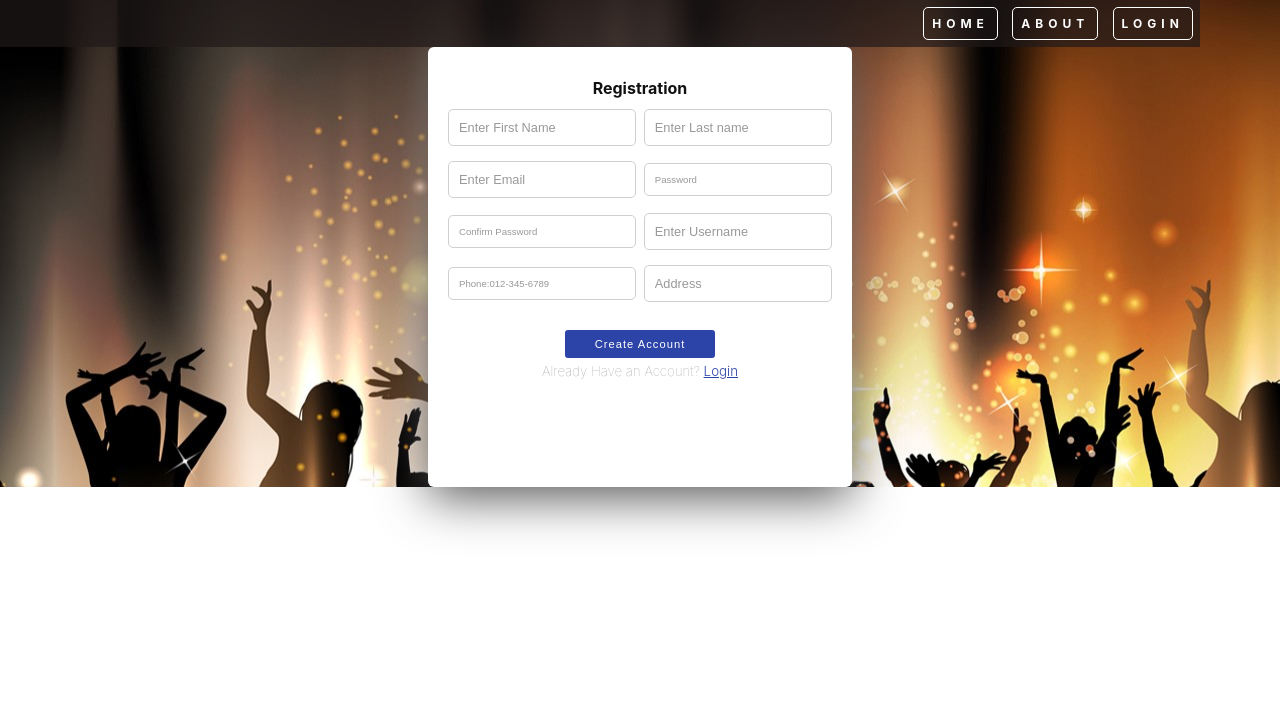
Repository: Fortune-Labs/Event-management-system-CapstoneG3
Page: /register (app in frontend/)
The author's editor kept a copy of each file at every save. The page is drawn from the files as they stood at one save, then again after the next save.
The browser window is 1280 px wide. The pictures show the whole page.
The project was rebuilt for these pictures with package versions that can differ from the ones it lists, and the page was loaded fresh each time. Also part of the build but not shown: frontend/src/components/LoginSignup/errorMessages.js, frontend/src/components/LoginSignup/login.jsx, frontend/src/components/LoginSignup/verificationCode.jsx, frontend/src/components/LoginSignup/passwordReset.jsx, frontend/src/components/Home/home.jsx, frontend/src/components/Events/initial.jsx.

Above is the page before, as saved 2020-09-22 14:35:44.

### frontend/src/App.js
import React from "react";
// import "./App.css";
import Register from "./components/LoginSignup/register";
import Login from "./components/LoginSignup/login";
import PasswordReset from "./components/LoginSignup/passwordReset";
import { BrowserRouter, Switch, Route } from "react-router-dom";
import Home from "./components/Home/home";
import Initial from "./components/Events/initial";
// import user from "./components/Dashboard/user";

function App() {
  return (
    <div className="App">
      <BrowserRouter>
        <Switch>
          <Route exact path="/" name="Home" component={Home} />
          <Route exact path="/login" name="Login Page" component={Login} />
          <Route exact path="/passwordReset" component={PasswordReset} />
          <Route
            exact
            path="/register"
            name="Register Page"
            component={Register}
          />
          <Route exact path="/initial" component={Initial} />
        </Switch>
      </BrowserRouter>
    </div>
  );
}
export default App;

### frontend/src/components/LoginSignup/register.jsx
import React, { useRef, Component } from "react";
import { useForm } from "react-hook-form";
import "./style.css";
import ErrorMessage from "./errorMessages";
import { Link, useHistory } from "react-router-dom";

//Regular expression that holds email validation of form example@thismail.com
const emailRegex = RegExp(
  /^[a-zA-Z0-9.!#$%&’*+/=?^_`{|}~-]+@[a-zA-Z0-9-]+(?:\.[a-zA-Z0-9-]+)*$/
);
//Regular expression that holds phone number validation of form (000-000-0000)
const phoneRegex = RegExp(/^\(?([0-9]{3})\)?[-. ]?([0-9]{3})[-. ]?([0-9]{4})$/);

const UseFormFuction = () => {
  const { register, handleSubmit, errors, watch } = useForm();
  const password = useRef({});
  password.current = watch("password", "");
  const history = useHistory();

  const onSubmit = (formData) => {
    console.log(formData);

    let url = "http://127.0.0.1:8000/api/register/";
    fetch(url, {
      method: "POST",
      headers: {
        "Content-type": "application/json",
      },
      body: JSON.stringify(formData),
    })
      .then((response) => response.json())
      .then((data) => {
        console.log("Registered Sucessfully", data);
        history.push("/initial");
      })
      .catch((error) => {
        console.error("Error:", error);
      });
  };

  return (
    <div className="wrapper">
      <div className="header-bar">
        {/*   <div className="logo">
            <a>
              <img src="../Images/eventlogo.jpg" alt="#" />
              CapstoneG3
            </a>
          </div> */}
        <Link to="home">Home</Link>
        <Link to="about">About</Link>
        <Link to="Login">Login</Link>
      </div>
      <div className="form-wrapper">
        <form onSubmit={handleSubmit(onSubmit)} className="register-form">
          <h1 className="register-header">Registration</h1>
          <div className="firstName">
            <input
              type="text"
              name="first_name"
              ref={register({ required: true, minLength: 3 })}
              placeholder="Enter First Name"
            />
            <ErrorMessage error={errors.firstName} />
          </div>
          <div className="lastName">
            <input
              type="text"
              name="last_name"
              ref={register({ required: true, minLength: 3 })}
              placeholder="Enter Last name"
            />
            <ErrorMessage error={errors.lastName} />
          </div>
          <div className="email">
            <input
              type="text"
              name="email"
              ref={register({
                required: true,
                pattern: {
                  value: emailRegex,
                  message: "invalid email address",
                },
              })}
              placeholder="Enter Email"
            />
            <ErrorMessage error={errors.email} />
          </div>
          <div className="password">
            <input
              type="password"
              name="password"
              placeholder="Password"
              ref={register({ required: true, maxLength: 8 })}
            />
            <ErrorMessage error={errors.password} />
          </div>
          <div className="cpassword">
            <input
              type="password"
              name="confirm_password"
              ref={register({
                required: true,
                validate: (value) =>
                  value === password.current || "Passwords do not match.",
              })}
              placeholder="Confirm Password"
            />
            <ErrorMessage error={errors.confirm_password} />
          </div>
          <div className="username">
            <input
              type="text"
              name="username"
              ref={register({ required: true, minLength: 3 })}
              placeholder="Enter Username"
            />
            <ErrorMessage error={errors.username} />
          </div>

          <div className="phone">
            <input
              type="tel"
              name="phone"
              placeholder="Phone:012-345-6789"
              ref={register({
                required: true,
                pattern: {
                  value: phoneRegex,
                  message: "invalid phone",
                },
              })}
            />
            <ErrorMessage error={errors.phone} />
          </div>
          <div className="address">
            <input
              type="text"
              name="address"
              ref={register({ required: true, maxLength: 20 })}
              placeholder="Address"
            />
            <ErrorMessage error={errors.address} />
          </div>

          <div className="register action-counter">
            <button type="submit" className="btn1">
              Create Account
            </button>
            <small>
              Already Have an Account? <Link to="Login">Login</Link>
            </small>
          </div>
        </form>
      </div>
    </div>
  );
};
//Components register
class Register extends Component {
  render() {
    return (
      <div>
        <UseFormFuction />
      </div>
    );
  }
}

export default Register;

### frontend/src/components/LoginSignup/style.css
.wrapper {
  height: 100%;
  width: 100%;
  background-image: url("../Images/login-background.jpg");
  display: flex;
  flex-direction: column;
  justify-content: center;
  align-items: center;
  background-color: #f2f2f2;
  margin: 0;
  top: 0;
}

.header-bar {
  width: 100%;
  height: 13%;
  /* border-bottom: 5px solid red; */
  background-color: rgba(32, 25, 25, 0.7);
  color: #fff;
  z-index: 90;
  right: 10em;
  margin-right: 10rem;
  display: -webkit-box;
  display: -moz-box;
  display: -ms-flexbox;
  display: -webkit-flex;
  flex-grow: 0;
  align-items: center;
  justify-content: flex-end;
}

.header-bar a {
  color: #fff;
  font-size: 5px;
  font-weight: lighter;
  letter-spacing: 5px;
  margin: 0.6em;
  text-align: center;
  font-size: 12px;
  text-transform: uppercase;
  font-weight: bold;
  border: 1px solid #fff;
  border-radius: 5px;
  text-decoration: none;
  padding: 8px;
  transition: all ease 0.7s;
}

.header-bar a:hover {
  background-color: rgb(53, 53, 48);
}

.form-wrapper {
  min-height: 25rem;
  width: 30%;
  display: flex;
  flex-direction: column;
  padding: 20px;
  border-radius: 6px;
  box-shadow: 0px 10px 50px #555;
  background-color: #ffffff;
}

.register-header {
  text-align: center;
  width: 100%;
  color: #111;
  font-size: 16px;
  font-weight: bold;
  font-family: -apple-system, BlinkMacSystemFont, "Segoe UI", Roboto, Oxygen,
    Ubuntu, Cantarell, "Open Sans", "Helvetica Neue", sans-serif;
}

.register-form {
  width: 100%;
  display: flex;
  flex-wrap: wrap;
  align-items: center;
  justify-content: center;
}

label {
  font-size: 16px;
  margin-bottom: 0.09em;
  color: #222;
  font-weight: 12px;
  text-align: left;
}

input[type="text"],
select {
  padding: 10px 10px;
  border-radius: 5px;
  outline: none;
  border: 1px solid #cfcfcf;
  font-size: 0.8em;
}
input[type="password"] {
  padding: 10px 10px;
  border-radius: 5px;
  outline: none;
  border: 1px solid #cfcfcf;
  font-size: 0.6em;
}

input[type="tel"] {
  padding: 10px 10px;
  border-radius: 5px;
  outline: none;
  border: 1px solid #cfcfcf;
  font-size: 0.6em;
}
input::placeholder {
  font-size: 1em;
  font-weight: lighter;
  color: #999;
}

.firstName,
.email,
.cpassword,
.phone {
  margin-right: 1%;
}

.lastName,
.password,
.address,
.username {
  margin-left: 1%;
}

.firstName,
.lastName,
.email,
.password,
.cpassword,
.phone,
.address,
.username {
  display: flex;
  flex-direction: column;
  margin-bottom: 15px;
}

.firstName,
.lastName,
.email,
.password,
.cpassword,
.address,
.phone,
.username {
  width: 49%;
}

.register {
  width: 100%;
  display: flex;
  flex-direction: column;
  align-items: center;
}

.register button {
  background-color: #2c43a8;
  color: #fff;
  border: 2px solid #fff;
  border-radius: 5px;
  width: 40%;
  margin-top: 1em;
  padding: 8px 0px;
  font-size: 0.7em;
  font-weight: lighter;
  letter-spacing: 1px;
  margin-bottom: 0.25em;
  text-align: center;
}

.register button:hover {
  color: #519e8a;
  background-color: #fff;
  border: 2px solid #519e8a;
}

.register small {
  color: #999;
  font-weight: lighter;
}
/* Login style */

.login-wrapper {
  background-image: url("../Images/login-background.jpg");
  height: 100vh;
  width: 100%;
  display: flex;
  flex-direction: column;
  justify-content: center;
  align-items: center;
  background-size: cover;
  background-position: center;
  background-repeat: no-repeat;
  background-color: #f2f2f2;
  margin: 0;
  position: relative;
}

.login-wrapper {
  /* height: 100%; */
  display: flex;
  flex-direction: column;
  position: absolute;
  top: 0;
  right: 0;
  left: 0;
  bottom: 0;
  height: 100vh;
  width: 100%;
}
.login-form-wrapper {
  height: 60%;
  width: 50%;
  display: flex;
  position: absolute;
  right: 10%;
  margin-right: -25;
  top: 20%;
  margin-top: -25;
  overflow: hidden;
  flex-direction: column;
  padding: 20px;
  border-radius: 6px;
  box-shadow: 0px 10px 50px #555;
  background-color: #ffffff;
}

.login-header {
  text-align: center;
  width: 100%;
  color: #111;
  font-size: 20px;
  font-weight: bold;
  margin-top: 6%;
  font-family: -apple-system, BlinkMacSystemFont, "Segoe UI", Roboto, Oxygen,
    Ubuntu, Cantarell, "Open Sans", "Helvetica Neue", sans-serif;
}

.login-form-wrapper input {
  padding: 10px 10px;
  border-radius: 5px;
  outline: none;
  border: 1px solid #cfcfcf;
  font-size: 1em;
}

.login-form-wrapper input::placeholder {
  font-size: 1em;
  font-weight: lighter;
  color: #999;
}
.login-form {
  width: 100%;
  display: flex;
  flex-direction: column;
  align-items: center;
  justify-content: center;
}

.email,
.password {
  display: flex;
  flex-direction: column;
  margin-bottom: 15px;
  width: 49%;
  text-align: center;
  justify-content: center;
}

.login-form .password {
  margin-left: 0%;
}

.login {
  display: flex;
  flex-direction: row;
  margin-bottom: 10px;
  width: 49%;
}

.login button {
  background-color: #2c43a8;
  color: #fff;
  border: 2px solid #fff;
  border-radius: 5px;
  padding: 8px 10px;
  text-align: center;
  font-size: 0.8em;
  font-weight: lighter;
  letter-spacing: 1px;
  margin-bottom: 0.25em;
  justify-content: flex-end;
}

.btn {
  display: flex;
  justify-content: flex-end;
  align-items: flex-end;
  right: 0;
  width: 50%;
}
.reset-pwd {
  display: flex;
  width: 50%;
  align-items: flex-start;
}

.login button:hover {
  color: #519e8a;
  background-color: #fff;
  border: 2px solid #519e8a;
}

small {
  color: #999;
  font-weight: lighter;
}

/* general anchor tags */
a:link,
a:visited {
  color: #2c43a8;
  font-weight: 300;
}

a:hover,
a:active {
  color: #519e8a;
}

/* password reset */
.pwd-res-btn {
  display: flex;
  justify-content: flex-end;
  align-items: flex-end;
  right: 0;
  width: 50%;
}
.pwd-res-btn button {
  background-color: #2c43a8;
  color: #fff;
  border: 2px solid #fff;
  border-radius: 5px;
  padding: 8px 10px;
  text-align: center;
  font-size: 0.8em;
  font-weight: lighter;
  letter-spacing: 1px;
  margin-bottom: 0.25em;
  justify-content: flex-end;
}

/* Extra small devices (phones, 600px and down) */
@media only screen and (max-width: 480px) {
  .form-wrapper {
    /* height: 100%; */
    min-height: 15rem;
    width: 80%;
  }

  .login-from-wrapper {
    /* height: 100%; */
    min-height: 10rem;
    width: 80%;
    position: absolute;
  }
  .email,
  .password {
    width: 80%;
  }
}
@media only screen and (max-width: 770px) {
  .form-wrapper {
    height: 100%;
    /* min-height: 15rem; */
    margin-top: 2rem;
    width: 80%;
  }

  .login-form-wrapper {
    /* height: 100%; */
    min-height: 20rem;
    margin-top: 2rem;
    width: 80%;
  }
  .wrapper {
    height: 100%;
    padding: 2rem !important;
  }

  .login-wrapper {
    height: 100%;
    padding: 2rem !important;
  }
}

@media only screen and (max-width: 812px) {
  .form-wrapper {
    height: 100%;
    /* min-height: 15rem; */
    margin-top: 2rem;
    width: 80%;
  }
  .login-wrapper {
    height: 100%;
  }

  .login-form-wrapper {
    /* height: 100%; */
    min-height: 20rem;
    margin-top: 2rem;
    width: 80%;
  }
  .wrapper {
    height: 100%;
    padding: 0 0 5rem;
  }
  .login-wrapper {
    height: 100%;
    padding: 0 0 5rem;
  }
  .login-form-wrapper {
    /* height: 60%; */
    /* width: 50%; */
    /* display: flex; */
    /* overrding position  */
    position: static;
  }
}

### frontend/src/components/Home/style.css
.main-wrapper {
  /* height: 100%; */
  /* width: 100%; */
  display: flex;
  flex-direction: column;
  position: absolute;
  top: 0;
  right: 0;
  left: 0;
  bottom: 0;
  width: 100%;
  height: 100vh;
}

.header-bar {
  width: 100%;
  height: 13%;
  /* border-bottom: 5px solid red; */
  background-color: rgba(32, 25, 25, 0.7);
  color: #fff;
  z-index: 90;
  right: 10em;
  margin-right: 10rem;
  display: -webkit-box;
  display: -moz-box;
  display: -ms-flexbox;
  display: -webkit-flex;
  flex-grow: 0;
  align-items: center;
  justify-content: flex-end;
}

.header-bar a {
  color: #fff;
  font-size: 5px;
  font-weight: lighter;
  letter-spacing: 5px;
  margin: 0.6em;
  text-align: center;
  font-size: 12px;
  text-transform: uppercase;
  font-weight: bold;
  border: 1px solid #fff;
  border-radius: 5px;
  text-decoration: none;
  padding: 8px;
  transition: all ease 0.7s;
}

.header-bar a:hover {
  background-color: rgb(53, 53, 48);
}

.main {
  height: 100vh;
  position: relative;
  display: flex;
  flex-direction: row;
  flex-grow: 1;
  overflow: auto;
}

.home-login {
  background-image: url("../Images/business-woman-2071342_1920.jpg");
  height: 100%;
  width: 100%;
  display: flex;
  flex-direction: column;
  background-size: cover;
  background-position: center;
  background-repeat: no-repeat;
  margin: 0;
  align-items: flex-start;
  color: #fff;

  padding-left: 20px;
}

.tagline {
  display: flex;
  flex-direction: column;
  align-items: flex-start;
  font-size: 62px;
  font-weight: bold;
  animation: 2s slide-right;
  animation-delay: 2s;
}

@keyframes slide-right {
  from {
    margin-left: -500px;
  }

  to {
    margin-left: 0%;
  }
}
.home-login h1 {
  font-size: 40px;
}

.get-started-btn {
  text-align: center;
  justify-content: flex-start;
}

.get-started-btn a {
  background-color: #44444e;
  border: 2px;
  padding: 8px 10px;
  border-radius: 5px;
  font-size: 1.2em;
  font-weight: bold;
  letter-spacing: 1px;
  text-decoration: none;
  color: #fff;
  transition: 0.5s;
}

.get-started-btn a:hover {
  background-color: rgb(92, 81, 81);
}

/* resposive */
/*  */
/* @media (max-width: 600px) { */
/* .wrapper { */
/* width: 100%; */
/* } */
/* .logo { */
/* float: none; */
/* width: 50%; */
/* text-align: center; */
/* margin: auto; */
/* } */
/*  */
/* .nav-area { */
/* float: none; */
/* margin-top: 0; */
/* } */
/* .nav-area li a { */
/* padding: 5px; */
/* font-size: 11px; */
/* } */
/* .nav-area { */
/* text-align: center; */
/* } */
/* .welcome-text { */
/* width: 100%; */
/* height: auto; */
/* margin: 30% 0; */
/* } */
/* .welcome-text h1 { */
/* font-size: 30px; */
/* } */
/* } */

### frontend/src/components/Events/style.css
@import url("https://fonts.googleapis.com/css2?family=Roboto+Condensed&display=swap");

.main-container {
  margin: 0;
  padding: 0;
  font-family: "Roboto Condensed", sans-serif;
}

.section {
  width: 100%;
  height: 100vh;
  background: url("../Images/page.jpg");
  background-size: cover;
}

.section .leftBox {
  width: 50%;
  height: 100%;
  float: left;
  padding: 50px;
  box-sizing: border-box;
}

.section .leftBox .content {
  color: #fff;
  background: rgba(0, 0, 0, 0.5);
  padding: 40px;
  transition: 0.5s;
}
.section .leftBox .content:hover {
  background: #e91e63;
}

.section .leftBox .content h1 {
  margin: 0;
  padding: 0;
  font-size: 50px;
  text-transform: uppercase;
}

.section .leftBox .content p {
  margin: 10px 0 0;
  padding: 0;
}

.section .events {
  position: relative;
  width: 50%;
  height: 100%;
  background: rgba(0, 0, 0, 0.5);
  float: right;
  box-sizing: border-box;
}
.section .events ul {
  position: absolute;
  top: 50%;
  transform: translateY(-50%);
  margin: 0;
  padding: 40px;
  box-sizing: border-box;
}
.section .events ul li {
  list-style: none;
  background: #fff;
  box-sizing: border-box;
  height: 200px;
  margin: 15px 0;
}
.section .events ul li .time {
  position: relative;
  padding: 20px;
  background: #262626;
  box-sizing: border-box;
  width: 30%;
  height: 100%;
  float: left;
  text-align: center;
  transition: 0.5s;
}
.section .events ul li:hover .time {
  background: #e91e63;
}
.section .events ul li .time h2 {
  position: absolute;
  margin: 0;
  padding: 0;
  top: 50%;
  left: 50%;
  transform: translate(-50%, -50%);
  color: #fff;
  font-size: 60px;
  line-height: 30px;
}
.section .events ul li .time h2 span {
  font-size: 30px;
}

.section .events ul li .details {
  padding: 20px;
  background: #fff;
  box-sizing: border-box;
  width: 70%;
  height: 100%;
  float: left;
}

.section .events ul li .details h3 {
  position: relative;
  margin: 0;
  padding: 0;
  font-size: 22px;
}

.section .events ul li .details p {
  position: relative;
  margin: 10px 0 0;
  padding: 0;
  font-size: 16px;
}

.section .events ul li .details a {
  display: inline-block;
  text-decoration: none;
  padding: 10px 15px;
  border: 2px solid #262626;
  margin-top: 15px;
  font-size: 18px;
  transition: 0.5s;
}
.section .events ul li .details a:hover {
  background: #e91e63;
  color: #fff;
  border-color: #e91e63;
}
@media (max-width: 991px) {
  .section {
    height: 100%;
    background-position: center;
  }
}

Loaded but not shown: frontend/public/index.html (common file); frontend/src/index.js (common file); frontend/src/index.css (common file); frontend/src/serviceWorker.js (common file)

After the next save:
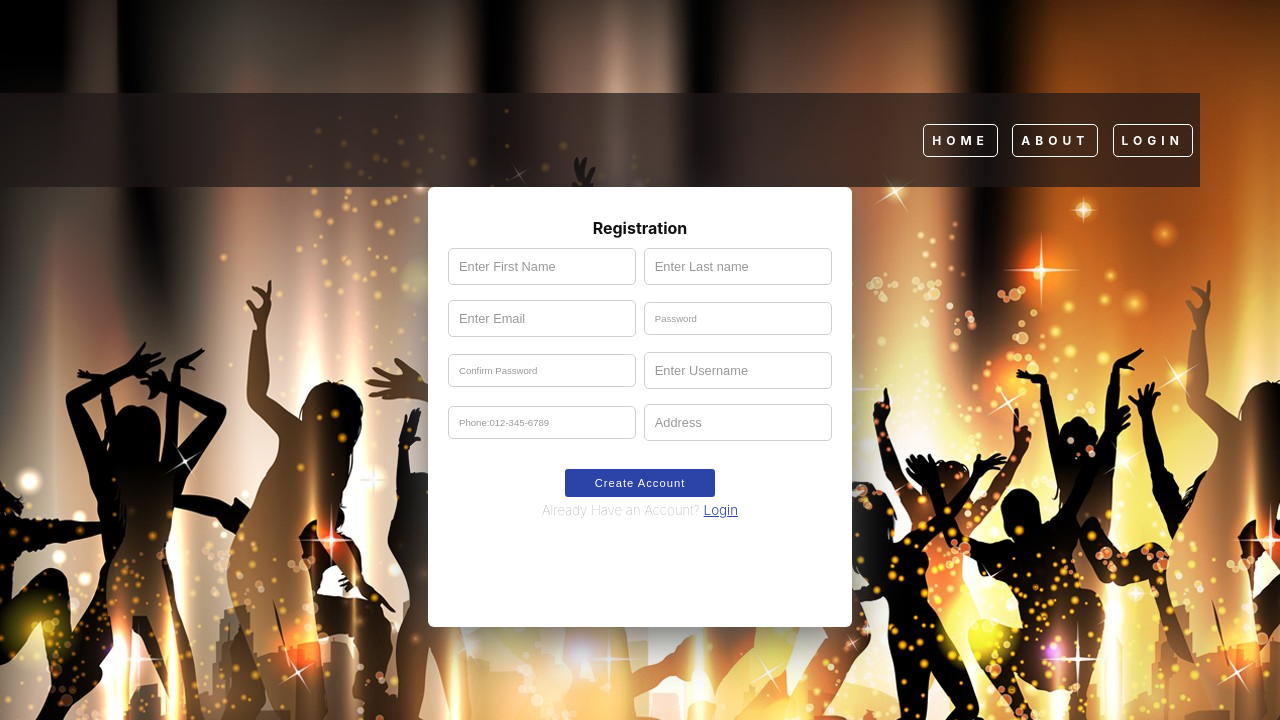
Saved 3 min 18 s later.
--- a/frontend/src/components/LoginSignup/style.css
+++ b/frontend/src/components/LoginSignup/style.css
@@ -1,5 +1,16 @@
+.login-wrapper {
+  display: flex;
+  flex-direction: column;
+  position: absolute;
+  top: 0;
+  right: 0;
+  left: 0;
+  bottom: 0;
+  height: 100vh;
+  width: 100%;
+}
 .wrapper {
-  height: 100%;
+  height: 100vh;
   width: 100%;
   background-image: url("../Images/login-background.jpg");
   display: flex;
@@ -205,7 +216,6 @@ input::placeholder {
 }
 
 .login-wrapper {
-  /* height: 100%; */
   display: flex;
   flex-direction: column;
   position: absolute;
